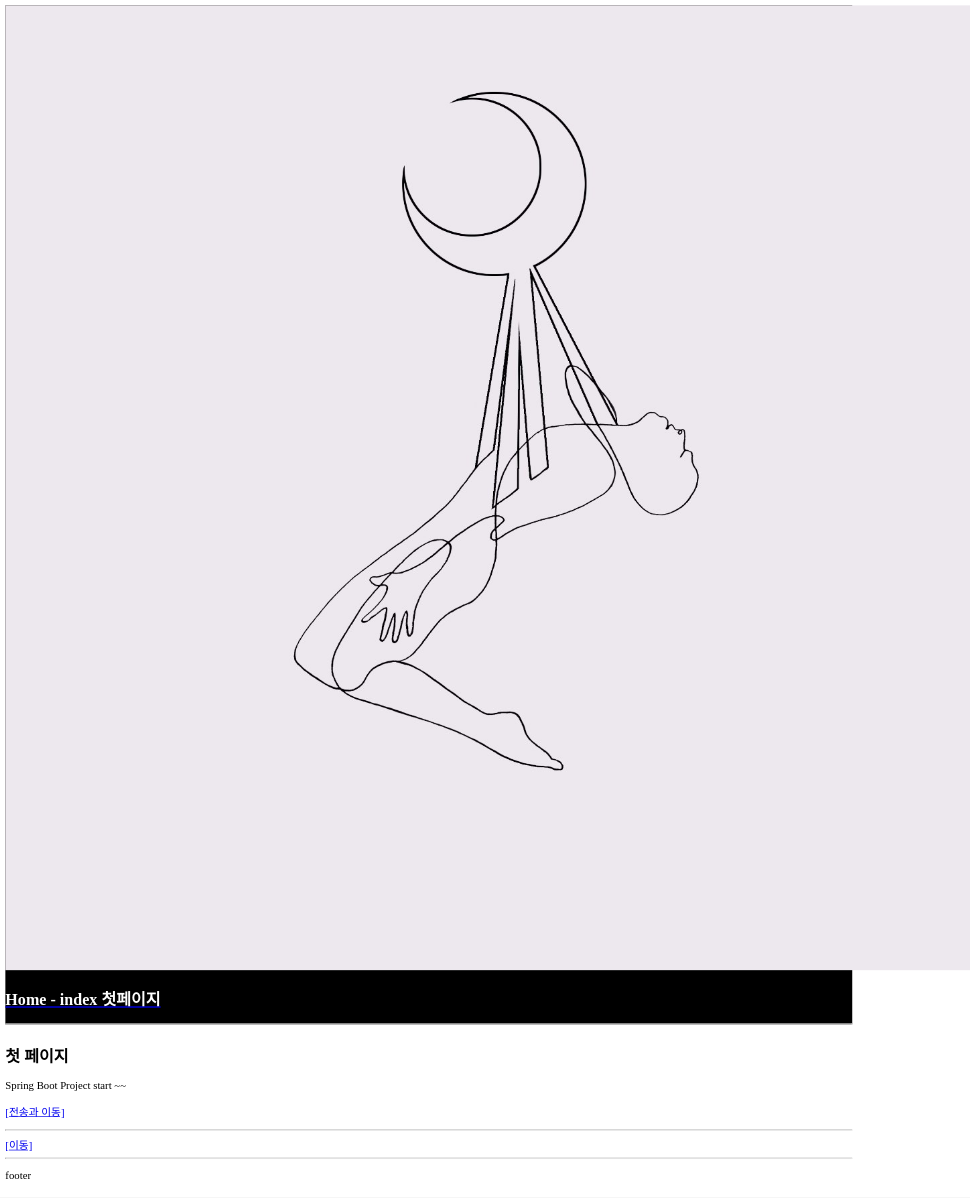
Repository: seonghun9906/SpringBoot240311start
Page: http://localhost/index
These files come from the project's save history. The page is drawn as it stood at one moment and after the next save; the edit follows.
The browser window is 1280 px wide. The page is 1448 px wide, then 1280 px, so the pictures cover 1448 px, including what lies to the right of the window. The pictures show the whole page, at 67% of full size.
The page is this project's Thymeleaf template; nobody is signed in. The template is opened directly, without the code that normally fills it, so the values that code supplies are empty.

Above is the page before, as saved 2024-03-12 05:47:49.

After the next save:
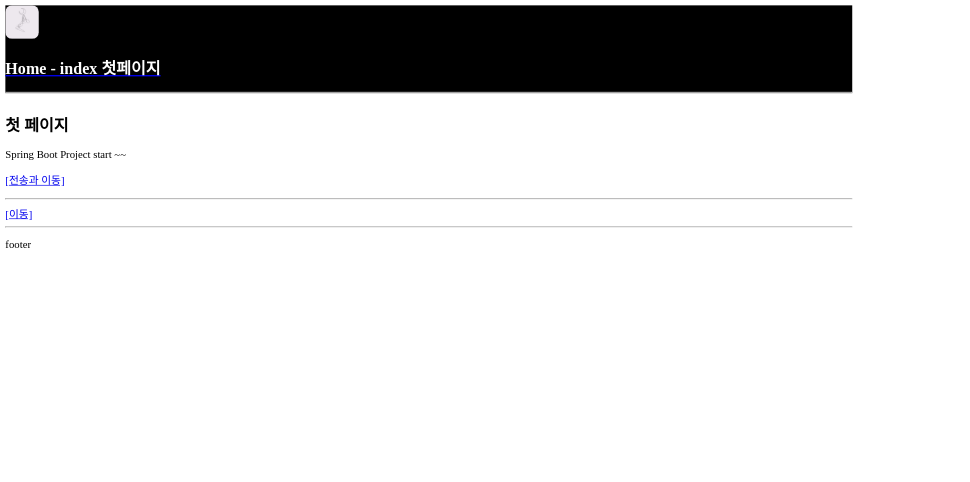
Saved 113 s later.
--- a/thymeleafprj02/src/main/resources/templates/index.html
+++ b/thymeleafprj02/src/main/resources/templates/index.html
@@ -3,6 +3,7 @@
 <head>
 <meta charset="UTF-8">
 <title>HOME</title>
+<link rel="stylesheet" th:href="@{css/style.css}">
 <style type="text/css">
 	body{
 		display:flex;
